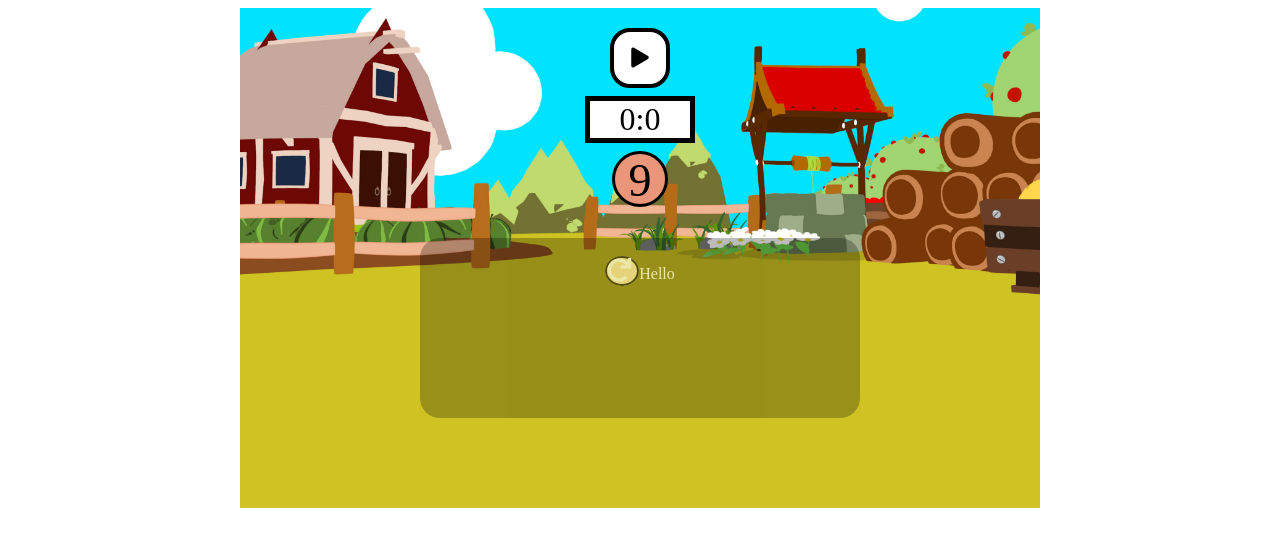
Repository: DevMinwoo-Jung/JavaScript101
Page: WebApIs/carrotClone/index.html
The author's editor kept a copy of each file at every save. The page is drawn from the files as they stood at one save, then again after the next save.
The browser window is 1280 px wide. The pictures show the whole page.

Above is the page before, as saved 2021-06-22 14:52:08.

### WebApIs/carrotClone/index.html
<!DOCTYPE html>
<html lang="en">
<head>
  <meta charset="UTF-8">
  <meta http-equiv="X-UA-Compatible" content="IE=edge">
  <meta name="viewport" content="width=device-width, initial-scale=1.0">
  <link rel="stylesheet" href="style.css">
  <script src="main.js"></script>
  <link rel="stylesheet" href="https://use.fontawesome.com/releases/v5.15.3/css/all.css" integrity="sha384-SZXxX4whJ79/gErwcOYf+zWLeJdY/qpuqC4cAa9rOGUstPomtqpuNWT9wdPEn2fk" crossorigin="anonymous">
  <title>Fun game</title>
</head>
<body>
  <section class="game">
    <header class="game__header">
      <button class="game__button">
        <i class="fas fa-play"></i>
        <!-- <i class="fas fa-stop"></i> -->
      </button>
        <span class="game__timer">0:0</span>
        <span class="game__score">9</span>
    </header>
    <section class="game__field"></section>
  </section>
  <section class="pop-up">
    <buttno class="pop-up__refresh">
      <i class="fas fa-redo"></i>
    </buttno>
    <span class="pop-up__message">Hello</span>
  </section>
</body>
</html>

### WebApIs/carrotClone/style.css
body {
  text-align: center;
}
.game {
  display: flex;
  flex-direction: column;
  width: 800px;
  height: 500px;
  background: url(img/background.png) center/cover;
  margin: auto;
}

button {
  border: none;
  outline: none;
  cursor: pointer;
}
.game__header {
  display: flex;
  flex-direction: column;
  align-items: center;
  padding: 20px;
}

.game__button {
  width: 60px;
  height: 60px;
  background-color: white;
  border: 4px solid black;
  font-size: 20px;
  transition: transfrom 300ms ease-in;
  border-radius: 20px;
}

.game__button:hover {
  transform: scale(1.1);
}

.game__timer {
  width: 100px;
  background-color: white;
  text-align: center;
  border: 5px solid black;
  font-size: 32px;
  margin-top: 8px;
}

.game__score {
  width: 50px;
  height: 50px;
  font-size: 46px;
  border: 3px solid black;
  background-color: darksalmon;
  border-radius: 50%;
  text-align: center;
  margin-top: 8px;
}

.game__field {
  background-color: blue;
  width: 100%px;
  margin-top: 40px;
  opacity: 0.4;
}

.pop-up {
  width: 400px;
  height: 140px;
  padding: 20px;
  background-color: #00000070;
  border-radius: 20px;
  opacity: 0.6;
  color: white;
  text-align: center;
  margin: auto;
  transform: translateY(-150%);
}

.pop-up__refresh {
  width: 60px;
  height: 60px;
  font-size: 24px;
  background-color: wheat;
  border: 2px solid black;
  border-radius: 50%;
}

.pop-up__mesage {
  display: block;
  font-size: 38px;
}

Loaded but not shown: WebApIs/carrotClone/main.js (no stored copy; drawn as an empty file)

After the next save:
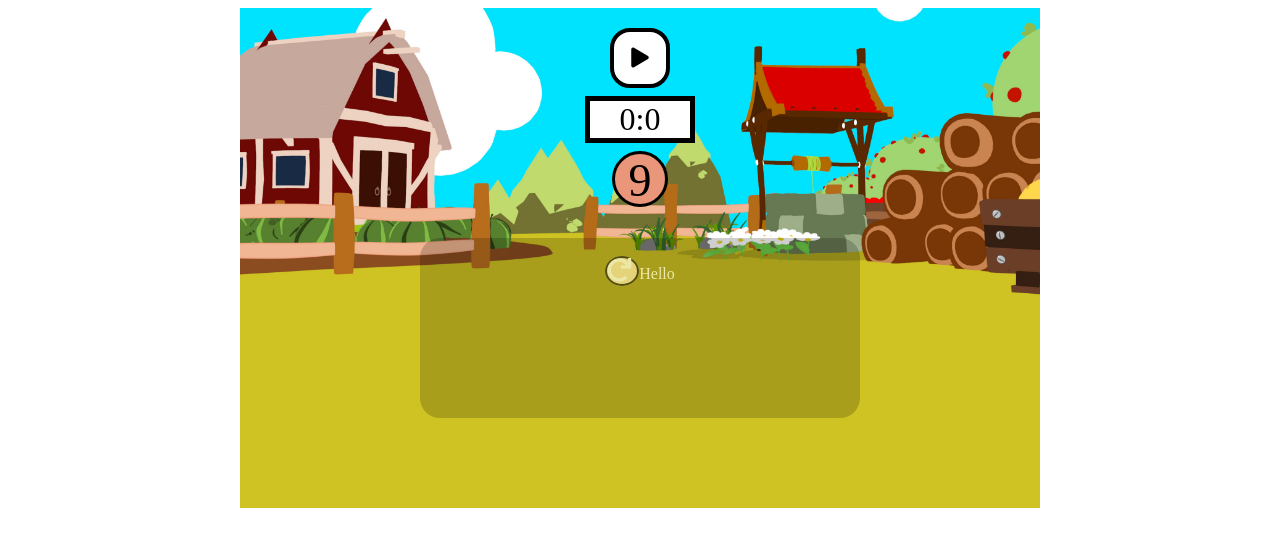
Saved 4 s later.
--- a/WebApIs/carrotClone/style.css
+++ b/WebApIs/carrotClone/style.css
@@ -67,7 +67,7 @@ button {
   width: 400px;
   height: 140px;
   padding: 20px;
-  background-color: #00000070;
+  background-color: #00000050;
   border-radius: 20px;
   opacity: 0.6;
   color: white;
